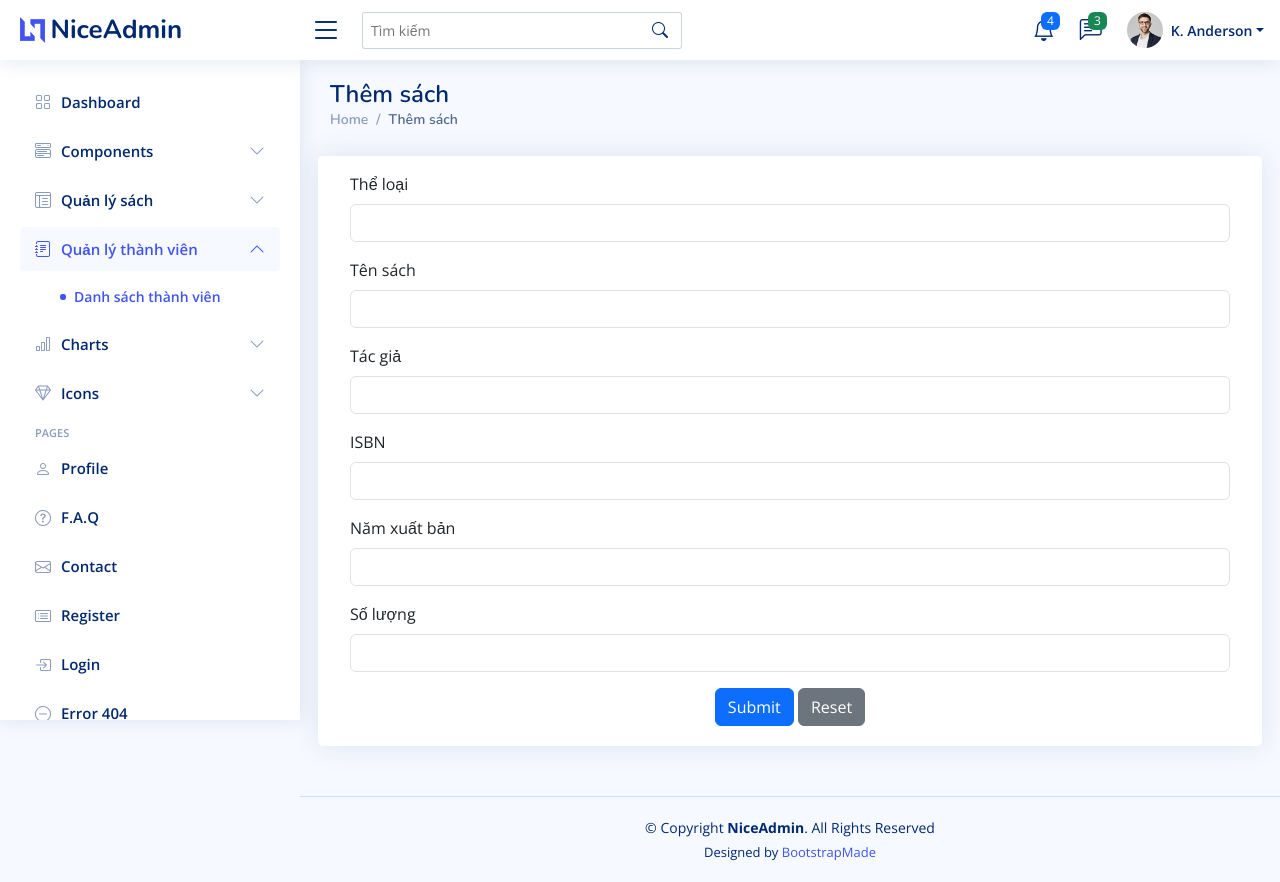
Repository: Hoainam7895123/library_manager
Page: http://localhost/library_manager/editBook.jsp
These files come from the project's save history. The page is drawn as it stood at one moment and after the next save; the edit follows.
The browser window is 1280 px wide. The pictures show the whole page.
The page is served by Tomcat 9. Nobody is signed in. The application's start-up code is not run. Other server files are loaded and not shown. The template is opened directly, without the code that normally fills it, so the values that code supplies are empty.

Above is the page before, as saved 2024-06-18 15:04:25.

### library_manager/src/main/webapp/editBook.jsp
<%@page import="java.util.ArrayList"%>
<%@page import="model.Book"%>
<%@ page language="java" contentType="text/html; charset=UTF-8"
	pageEncoding="UTF-8"%>
<!DOCTYPE html>
<html lang="en">

<head>
<meta charset="utf-8">
<meta content="width=device-width, initial-scale=1.0" name="viewport">

<title>Dashboard - NiceAdmin Bootstrap Template</title>
<meta content="" name="description">
<meta content="" name="keywords">

<!-- Favicons -->
<link href="/img/favicon.png" rel="icon">
<link href="/img/apple-touch-icon.png" rel="apple-touch-icon">

<!-- Google Fonts -->
<link href="https://fonts.gstatic.com" rel="preconnect">
<link
	href="https://fonts.googleapis.com/css?family=Open+Sans:300,300i,400,400i,600,600i,700,700i|Nunito:300,300i,400,400i,600,600i,700,700i|Poppins:300,300i,400,400i,500,500i,600,600i,700,700i"
	rel="stylesheet">

<!-- Vendor CSS Files -->
<link href="css/bootstrap.min.css" rel="stylesheet">
<link href="css/bootstrap-icons/bootstrap-icons.css" rel="stylesheet">
<link href="css/boxicons.min.css" rel="stylesheet">
<link href="css/quill.snow.css" rel="stylesheet">
<link href="css/quill.bubble.css" rel="stylesheet">
<link href="css/remixicon.css" rel="stylesheet">
<link href="css/style.css" rel="stylesheet">

<!-- Template Main CSS File -->
<link href="css/stylex.css" rel="stylesheet">

<!-- =======================================================
  * Template Name: NiceAdmin
  * Template URL: https://bootstrapmade.com/nice-admin-bootstrap-admin-html-template/
  * Updated: Apr 20 2024 with Bootstrap v5.3.3
  * Author: BootstrapMade.com
  * License: https://bootstrapmade.com/license/
  ======================================================== -->
</head>

<body>

	<!-- ======= Header ======= -->
	<header id="header" class="header fixed-top d-flex align-items-center">

		<div class="d-flex align-items-center justify-content-between">
			<a href="books" class="logo d-flex align-items-center"> <img
				src="assets/img/logo.png" alt=""> <span
				class="d-none d-lg-block">NiceAdmin</span>
			</a> <i class="bi bi-list toggle-sidebar-btn"></i>
		</div>
		<!-- End Logo -->

		<div class="search-bar">
			<form class="search-form d-flex align-items-center" method="GET"
				action="${pageContext.request.contextPath}/search-book">
				<input type="text" name="searchTitle" placeholder="Tìm kiếm"
					title="Enter search keyword">
				<button type="submit" title="Search">
					<i class="bi bi-search"></i>
				</button>
			</form>
		</div>
		<!-- End Search Bar -->

		<nav class="header-nav ms-auto">
			<ul class="d-flex align-items-center">

				<li class="nav-item d-block d-lg-none"><a
					class="nav-link nav-icon search-bar-toggle " href="#"> <i
						class="bi bi-search"></i>
				</a></li>
				<!-- End Search Icon-->

				<li class="nav-item dropdown"><a class="nav-link nav-icon"
					href="#" data-bs-toggle="dropdown"> <i class="bi bi-bell"></i>
						<span class="badge bg-primary badge-number">4</span>
				</a> <!-- End Notification Icon -->

					<ul
						class="dropdown-menu dropdown-menu-end dropdown-menu-arrow notifications">
						<li class="dropdown-header">You have 4 new notifications <a
							href="#"><span class="badge rounded-pill bg-primary p-2 ms-2">View
									all</span></a>
						</li>
						<li>
							<hr class="dropdown-divider">
						</li>

						<li class="notification-item"><i
							class="bi bi-exclamation-circle text-warning"></i>
							<div>
								<h4>Lorem Ipsum</h4>
								<p>Quae dolorem earum veritatis oditseno</p>
								<p>30 min. ago</p>
							</div></li>

						<li>
							<hr class="dropdown-divider">
						</li>

						<li class="notification-item"><i
							class="bi bi-x-circle text-danger"></i>
							<div>
								<h4>Atque rerum nesciunt</h4>
								<p>Quae dolorem earum veritatis oditseno</p>
								<p>1 hr. ago</p>
							</div></li>

						<li>
							<hr class="dropdown-divider">
						</li>

						<li class="notification-item"><i
							class="bi bi-check-circle text-success"></i>
							<div>
								<h4>Sit rerum fuga</h4>
								<p>Quae dolorem earum veritatis oditseno</p>
								<p>2 hrs. ago</p>
							</div></li>

						<li>
							<hr class="dropdown-divider">
						</li>

						<li class="notification-item"><i
							class="bi bi-info-circle text-primary"></i>
							<div>
								<h4>Dicta reprehenderit</h4>
								<p>Quae dolorem earum veritatis oditseno</p>
								<p>4 hrs. ago</p>
							</div></li>

						<li>
							<hr class="dropdown-divider">
						</li>
						<li class="dropdown-footer"><a href="#">Show all
								notifications</a></li>

					</ul> <!-- End Notification Dropdown Items --></li>
				<!-- End Notification Nav -->

				<li class="nav-item dropdown"><a class="nav-link nav-icon"
					href="#" data-bs-toggle="dropdown"> <i
						class="bi bi-chat-left-text"></i> <span
						class="badge bg-success badge-number">3</span>
				</a> <!-- End Messages Icon -->

					<ul
						class="dropdown-menu dropdown-menu-end dropdown-menu-arrow messages">
						<li class="dropdown-header">You have 3 new messages <a
							href="#"><span class="badge rounded-pill bg-primary p-2 ms-2">View
									all</span></a>
						</li>
						<li>
							<hr class="dropdown-divider">
						</li>

						<li class="message-item"><a href="#"> <img
								src="assets/img/messages-1.jpg" alt="" class="rounded-circle">
								<div>
									<h4>Maria Hudson</h4>
									<p>Velit asperiores et ducimus soluta repudiandae labore
										officia est ut...</p>
									<p>4 hrs. ago</p>
								</div>
						</a></li>
						<li>
							<hr class="dropdown-divider">
						</li>

						<li class="message-item"><a href="#"> <img
								src="assets/img/messages-2.jpg" alt="" class="rounded-circle">
								<div>
									<h4>Anna Nelson</h4>
									<p>Velit asperiores et ducimus soluta repudiandae labore
										officia est ut...</p>
									<p>6 hrs. ago</p>
								</div>
						</a></li>
						<li>
							<hr class="dropdown-divider">
						</li>

						<li class="message-item"><a href="#"> <img
								src="assets/img/messages-3.jpg" alt="" class="rounded-circle">
								<div>
									<h4>David Muldon</h4>
									<p>Velit asperiores et ducimus soluta repudiandae labore
										officia est ut...</p>
									<p>8 hrs. ago</p>
								</div>
						</a></li>
						<li>
							<hr class="dropdown-divider">
						</li>

						<li class="dropdown-footer"><a href="#">Show all messages</a>
						</li>

					</ul> <!-- End Messages Dropdown Items --></li>
				<!-- End Messages Nav -->

				<li class="nav-item dropdown pe-3"><a
					class="nav-link nav-profile d-flex align-items-center pe-0"
					href="#" data-bs-toggle="dropdown"> <img
						src="assets/img/profile-img.jpg" alt="Profile"
						class="rounded-circle"> <span
						class="d-none d-md-block dropdown-toggle ps-2">K. Anderson</span>
				</a> <!-- End Profile Iamge Icon -->

					<ul
						class="dropdown-menu dropdown-menu-end dropdown-menu-arrow profile">
						<li class="dropdown-header">
							<h6>Kevin Anderson</h6> <span>Web Designer</span>
						</li>
						<li>
							<hr class="dropdown-divider">
						</li>

						<li><a class="dropdown-item d-flex align-items-center"
							href="users-profile.html"> <i class="bi bi-person"></i> <span>My
									Profile</span>
						</a></li>
						<li>
							<hr class="dropdown-divider">
						</li>

						<li><a class="dropdown-item d-flex align-items-center"
							href="users-profile.html"> <i class="bi bi-gear"></i> <span>Account
									Settings</span>
						</a></li>
						<li>
							<hr class="dropdown-divider">
						</li>

						<li><a class="dropdown-item d-flex align-items-center"
							href="pages-faq.html"> <i class="bi bi-question-circle"></i>
								<span>Need Help?</span>
						</a></li>
						<li>
							<hr class="dropdown-divider">
						</li>

						<li><a class="dropdown-item d-flex align-items-center"
							href="#"> <i class="bi bi-box-arrow-right"></i> <span>Sign
									Out</span>
						</a></li>

					</ul> <!-- End Profile Dropdown Items --></li>
				<!-- End Profile Nav -->

			</ul>
		</nav>
		<!-- End Icons Navigation -->

	</header>
	<!-- End Header -->

	<!-- ======= Sidebar ======= -->
	<aside id="sidebar" class="sidebar">

		<ul class="sidebar-nav" id="sidebar-nav">

			<li class="nav-item"><a class="nav-link collapsed" href="books">
					<i class="bi bi-grid"></i> <span>Dashboard</span>
			</a></li>
			<!-- End Dashboard Nav -->

			<li class="nav-item"><a class="nav-link collapsed"
				data-bs-target="#components-nav" data-bs-toggle="collapse" href="#">
					<i class="bi bi-menu-button-wide"></i><span>Components</span><i
					class="bi bi-chevron-down ms-auto"></i>
			</a>
				<ul id="components-nav" class="nav-content collapse "
					data-bs-parent="#sidebar-nav">
					<li><a href="components-alerts.html"> <i
							class="bi bi-circle"></i><span>Alerts</span>
					</a></li>
					<li><a href="components-accordion.html"> <i
							class="bi bi-circle"></i><span>Accordion</span>
					</a></li>
					<li><a href="components-badges.html"> <i
							class="bi bi-circle"></i><span>Badges</span>
					</a></li>
					<li><a href="components-breadcrumbs.html"> <i
							class="bi bi-circle"></i><span>Breadcrumbs</span>
					</a></li>
					<li><a href="components-buttons.html"> <i
							class="bi bi-circle"></i><span>Buttons</span>
					</a></li>
					<li><a href="components-cards.html"> <i
							class="bi bi-circle"></i><span>Cards</span>
					</a></li>
					<li><a href="components-carousel.html"> <i
							class="bi bi-circle"></i><span>Carousel</span>
					</a></li>
					<li><a href="components-list-group.html"> <i
							class="bi bi-circle"></i><span>List group</span>
					</a></li>
					<li><a href="components-modal.html"> <i
							class="bi bi-circle"></i><span>Modal</span>
					</a></li>
					<li><a href="components-tabs.html"> <i
							class="bi bi-circle"></i><span>Tabs</span>
					</a></li>
					<li><a href="components-pagination.html"> <i
							class="bi bi-circle"></i><span>Pagination</span>
					</a></li>
					<li><a href="components-progress.html"> <i
							class="bi bi-circle"></i><span>Progress</span>
					</a></li>
					<li><a href="components-spinners.html"> <i
							class="bi bi-circle"></i><span>Spinners</span>
					</a></li>
					<li><a href="components-tooltips.html"> <i
							class="bi bi-circle"></i><span>Tooltips</span>
					</a></li>
				</ul></li>
			<!-- End Components Nav -->

			<li class="nav-item">
				<a class="nav-link collapsed" data-bs-target="#forms-nav" data-bs-toggle="collapse" href="#">
					<i class="bi bi-layout-text-window-reverse"></i>
					<span>Quản lý sách</span>
					<i class="bi bi-chevron-down ms-auto"></i>
				</a>
				<ul id="forms-nav" class="nav-content collapse" data-bs-parent="#sidebar-nav">
					<li>
						<a href="/library_manager/books">
							<i class="bi bi-circle"></i>
							<span>Danh sách sách</span>
						</a>
					</li>
				</ul>
			</li>
			<!-- End Forms Nav -->

			<li class="nav-item">
				<a class="nav-link " data-bs-target="#tables-nav" data-bs-toggle="collapse" href="#">
					<i class="bi bi-journal-text"></i>
					<span>Quản lý thành viên</span>
					<i class="bi bi-chevron-down ms-auto"></i>
				</a>
				<ul id="tables-nav" class="nav-content collapse show"
					data-bs-parent="#sidebar-nav">
					<li>
						<a href="members" class="active">
							<i class="bi bi-circle"></i>
							<span>Danh sách thành viên</span>
						</a>
					</li>
				</ul>
			</li>
			<!-- End Tables Nav -->

			<li class="nav-item"><a class="nav-link collapsed"
				data-bs-target="#charts-nav" data-bs-toggle="collapse" href="#">
					<i class="bi bi-bar-chart"></i><span>Charts</span><i
					class="bi bi-chevron-down ms-auto"></i>
			</a>
				<ul id="charts-nav" class="nav-content collapse "
					data-bs-parent="#sidebar-nav">
					<li><a href="charts-chartjs.html"> <i class="bi bi-circle"></i><span>Chart.js</span>
					</a></li>
					<li><a href="charts-apexcharts.html"> <i
							class="bi bi-circle"></i><span>ApexCharts</span>
					</a></li>
					<li><a href="charts-echarts.html"> <i class="bi bi-circle"></i><span>ECharts</span>
					</a></li>
				</ul></li>
			<!-- End Charts Nav -->

			<li class="nav-item"><a class="nav-link collapsed"
				data-bs-target="#icons-nav" data-bs-toggle="collapse" href="#">
					<i class="bi bi-gem"></i><span>Icons</span><i
					class="bi bi-chevron-down ms-auto"></i>
			</a>
				<ul id="icons-nav" class="nav-content collapse "
					data-bs-parent="#sidebar-nav">
					<li><a href="icons-bootstrap.html"> <i
							class="bi bi-circle"></i><span>Bootstrap Icons</span>
					</a></li>
					<li><a href="icons-remix.html"> <i class="bi bi-circle"></i><span>Remix
								Icons</span>
					</a></li>
					<li><a href="icons-boxicons.html"> <i class="bi bi-circle"></i><span>Boxicons</span>
					</a></li>
				</ul></li>
			<!-- End Icons Nav -->

			<li class="nav-heading">Pages</li>

			<li class="nav-item"><a class="nav-link collapsed"
				href="users-profile.html"> <i class="bi bi-person"></i> <span>Profile</span>
			</a></li>
			<!-- End Profile Page Nav -->

			<li class="nav-item"><a class="nav-link collapsed"
				href="pages-faq.html"> <i class="bi bi-question-circle"></i> <span>F.A.Q</span>
			</a></li>
			<!-- End F.A.Q Page Nav -->

			<li class="nav-item"><a class="nav-link collapsed"
				href="pages-contact.html"> <i class="bi bi-envelope"></i> <span>Contact</span>
			</a></li>
			<!-- End Contact Page Nav -->

			<li class="nav-item"><a class="nav-link collapsed"
				href="pages-register.html"> <i class="bi bi-card-list"></i> <span>Register</span>
			</a></li>
			<!-- End Register Page Nav -->

			<li class="nav-item"><a class="nav-link collapsed"
				href="pages-login.html"> <i class="bi bi-box-arrow-in-right"></i>
					<span>Login</span>
			</a></li>
			<!-- End Login Page Nav -->

			<li class="nav-item"><a class="nav-link collapsed"
				href="pages-error-404.html"> <i class="bi bi-dash-circle"></i> <span>Error
						404</span>
			</a></li>
			<!-- End Error 404 Page Nav -->

			<li class="nav-item"><a class="nav-link collapsed"
				href="pages-blank.html"> <i class="bi bi-file-earmark"></i> <span>Blank</span>
			</a></li>
			<!-- End Blank Page Nav -->

		</ul>

	</aside>
	<!-- End Sidebar-->

	<main id="main" class="main">

		<div class="pagetitle">
			<div class="row">
				<div class="col-10">
					<h1>Thêm sách</h1>
					<nav>
						<ol class="breadcrumb">
							<li class="breadcrumb-item"><a href="books">Home</a></li>
							<li class="breadcrumb-item active">Thêm sách</li>
						</ol>
					</nav>
				</div>
				<div class="col-2"></div>
			</div>
		</div>
		<!-- End Page Title -->

		<section class="section dashboard">
			<div class="row">
				<%
            		String message = request.getParameter("message");
            		if ("addSuccess".equals(message)) {
        		%>
				<script type="text/javascript">
            		alert('Thêm sách thành công!');
        		</script>
				<%
            		}
        		%>
				<!-- Vertical Form -->
				<div class="card">
					<div class="card-body">
						<!-- Vertical Form -->
						<form class="row g-3"
							action="${pageContext.request.contextPath}/update-book"
							method="post">
							<input type="hidden" name="bookId" value="${book.book_id}">
							<div class="col-12 pt-3">
								<label for="input_category" class="form-label">Thể loại</label>
								<input type="text" class="form-control" id="input_category"
									name="category">
							</div>
							<div class="col-12">
								<label for="input_title" class="form-label">Tên sách</label> <input
									type="text" class="form-control" id="input_title" name="title">
							</div>
							<div class="col-12">
								<label for="input_author" class="form-label">Tác giả</label> <input
									type="text" class="form-control" id="input_author"
									name="author">
							</div>
							<div class="col-12">
								<label for="input_isbn" class="form-label">ISBN</label> <input
									type="text" class="form-control" id="input_isbn" name="isbn">
							</div>
							<div class="col-12">
								<label for="input_published_year" class="form-label">Năm
									xuất bản</label> <input type="text" class="form-control"
									id="input_published_year" name="published_year">
							</div>
							<div class="col-12">
								<label for="input_number_of_copies" class="form-label">Số
									lượng</label> <input type="text" class="form-control"
									id="input_number_of_copies" name="number_of_copies">
							</div>
							<div class="text-center">
								<button type="submit" class="btn btn-primary">Submit</button>
								<button type="reset" class="btn btn-secondary">Reset</button>
							</div>
						</form>

						<!-- Vertical Form -->

					</div>
				</div>
			</div>
		</section>

	</main>
	<!-- End #main -->

	<!-- ======= Footer ======= -->
	<footer id="footer" class="footer">
		<div class="copyright">
			&copy; Copyright <strong><span>NiceAdmin</span></strong>. All Rights
			Reserved
		</div>
		<div class="credits">
			<!-- All the links in the footer should remain intact. -->
			<!-- You can delete the links only if you purchased the pro version. -->
			<!-- Licensing information: https://bootstrapmade.com/license/ -->
			<!-- Purchase the pro version with working PHP/AJAX contact form: https://bootstrapmade.com/nice-admin-bootstrap-admin-html-template/ -->
			Designed by <a href="https://bootstrapmade.com/">BootstrapMade</a>
		</div>
	</footer>
	<!-- End Footer -->

	<a href="#"
		class="back-to-top d-flex align-items-center justify-content-center"><i
		class="bi bi-arrow-up-short"></i></a>

	<!-- Vendor JS Files -->
	<script src="${pageContext.request.contextPath}/js/apexcharts.min.js"></script>
	<script
		src="${pageContext.request.contextPath}/js/bootstrap.bundle.min.js"></script>

	<script src="/js/echarts.min.js"></script>

	<script src="/js/tinymce.min.js"></script>
	<script src="/js/validate.js"></script>
	<!-- Template Main JS File -->
	<script src="/js/main.js"></script>

</body>

</html>

Loaded but not shown: library_manager/src/main/webapp/css/bootstrap.min.css (library); library_manager/src/main/webapp/css/bootstrap-icons/bootstrap-icons.css (library); library_manager/src/main/webapp/css/boxicons.min.css (library); library_manager/src/main/webapp/css/quill.snow.css (library); library_manager/src/main/webapp/css/quill.bubble.css (library); library_manager/src/main/webapp/js/apexcharts.min.js (library); library_manager/src/main/webapp/js/bootstrap.bundle.min.js (library); library_manager/src/main/webapp/js/echarts.min.js (library); library_manager/src/main/webapp/js/tinymce.min.js (library); library_manager/src/main/webapp/js/main.js (319 lines, source omitted); library_manager/src/main/webapp/js/validate.js (85 lines, source omitted); library_manager/src/main/webapp/css/remixicon.css (2895 lines, source omitted); library_manager/src/main/webapp/css/stylex.css (1233 lines, source omitted); library_manager/src/main/webapp/css/style.css (233 lines, source omitted)

After the next save:
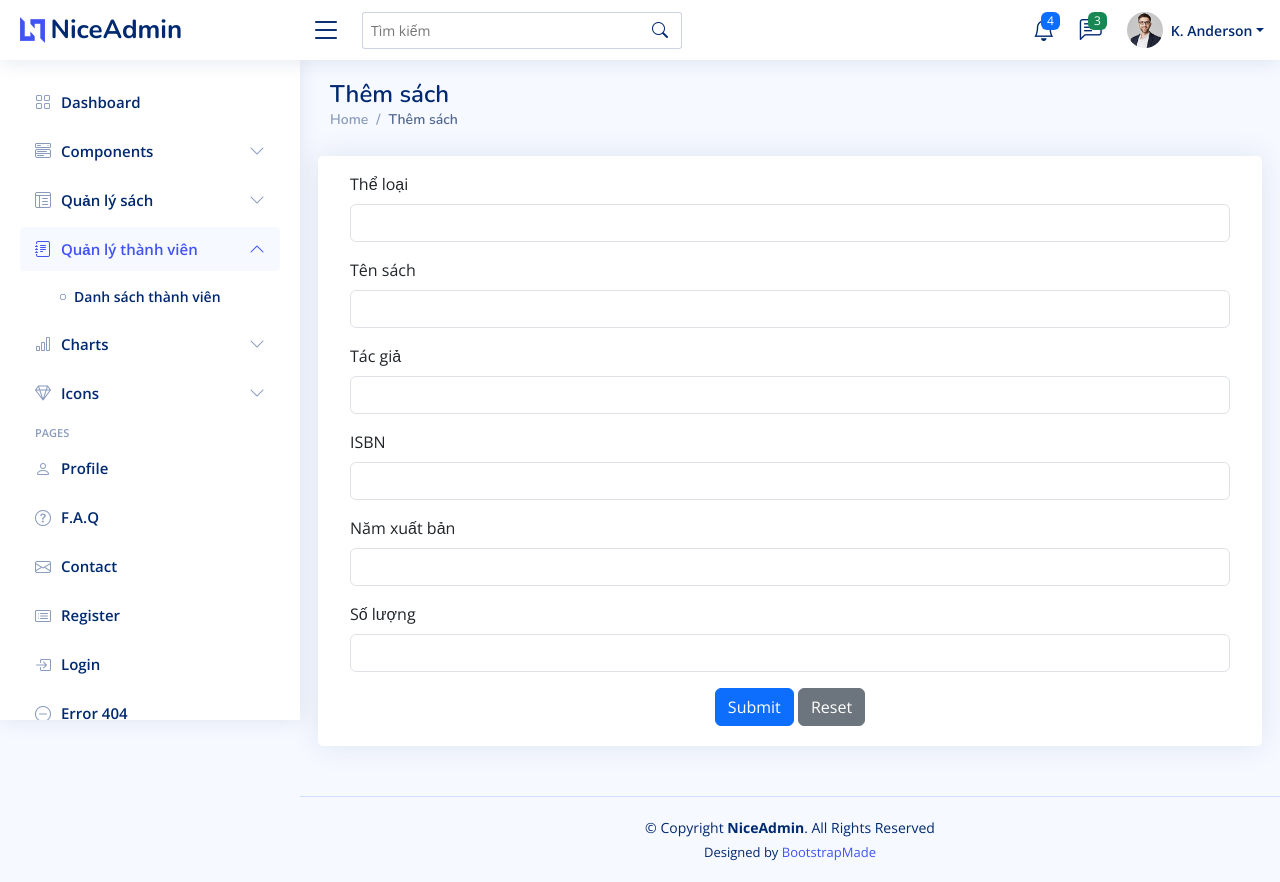
Saved 66 s later.
--- a/library_manager/src/main/webapp/editBook.jsp
+++ b/library_manager/src/main/webapp/editBook.jsp
@@ -333,7 +333,7 @@
 				</a>
 				<ul id="forms-nav" class="nav-content collapse" data-bs-parent="#sidebar-nav">
 					<li>
-						<a href="/library_manager/books">
+						<a href="/library_manager/books" class="active">
 							<i class="bi bi-circle"></i>
 							<span>Danh sách sách</span>
 						</a>
@@ -351,7 +351,7 @@
 				<ul id="tables-nav" class="nav-content collapse show"
 					data-bs-parent="#sidebar-nav">
 					<li>
-						<a href="members" class="active">
+						<a href="members">
 							<i class="bi bi-circle"></i>
 							<span>Danh sách thành viên</span>
 						</a>
